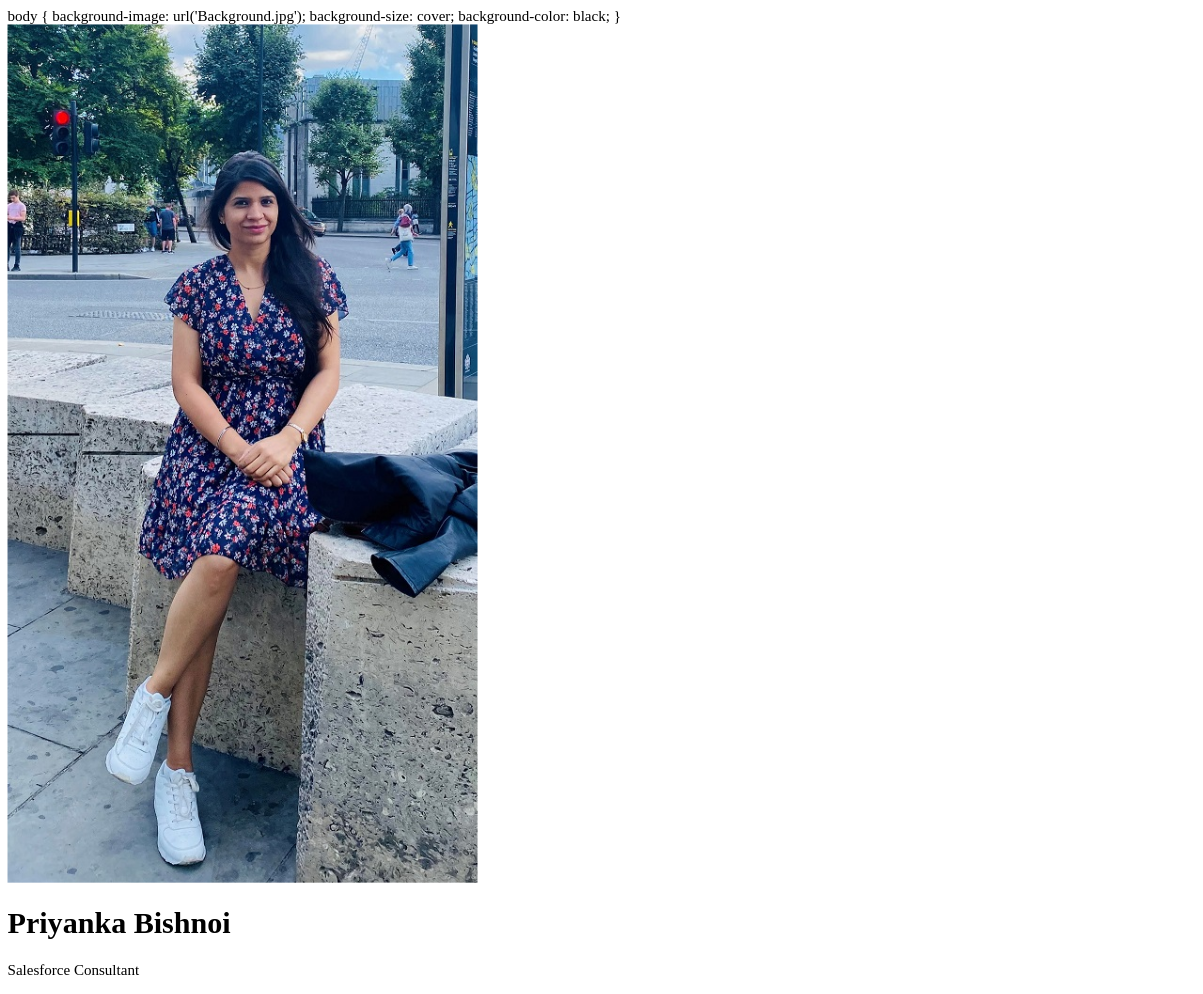
Repository: priyanka-bishnoi/PortfolioPage
Page: MyPage.html
The author's editor kept a copy of each file at every save. The page is drawn from the files as they stood at one save, then again after the next save.
The browser window is 1280 px wide. The pictures show the whole page, at 94% of full size.

Above is the page before, as saved 2022-10-07 00:04:21.
Not found: css/style.css

### MyPage.html
<!DOCTYPE html>
<html>
<head>
    <link rel="stylesheet" href="css/style.css"
<style>
body {
  background-image: url('Background.jpg');
  background-size: cover;
  background-color: black;
}
</style>
</head>
<body>
<header>
    <div class= "user">
        <img src="Background.jpg"/>
        <h1 class="name">Priyanka Bishnoi</h1>
        <p class="post">Salesforce Consultant</p>
    </div>

</header>
</body>
</html>

After the next save:
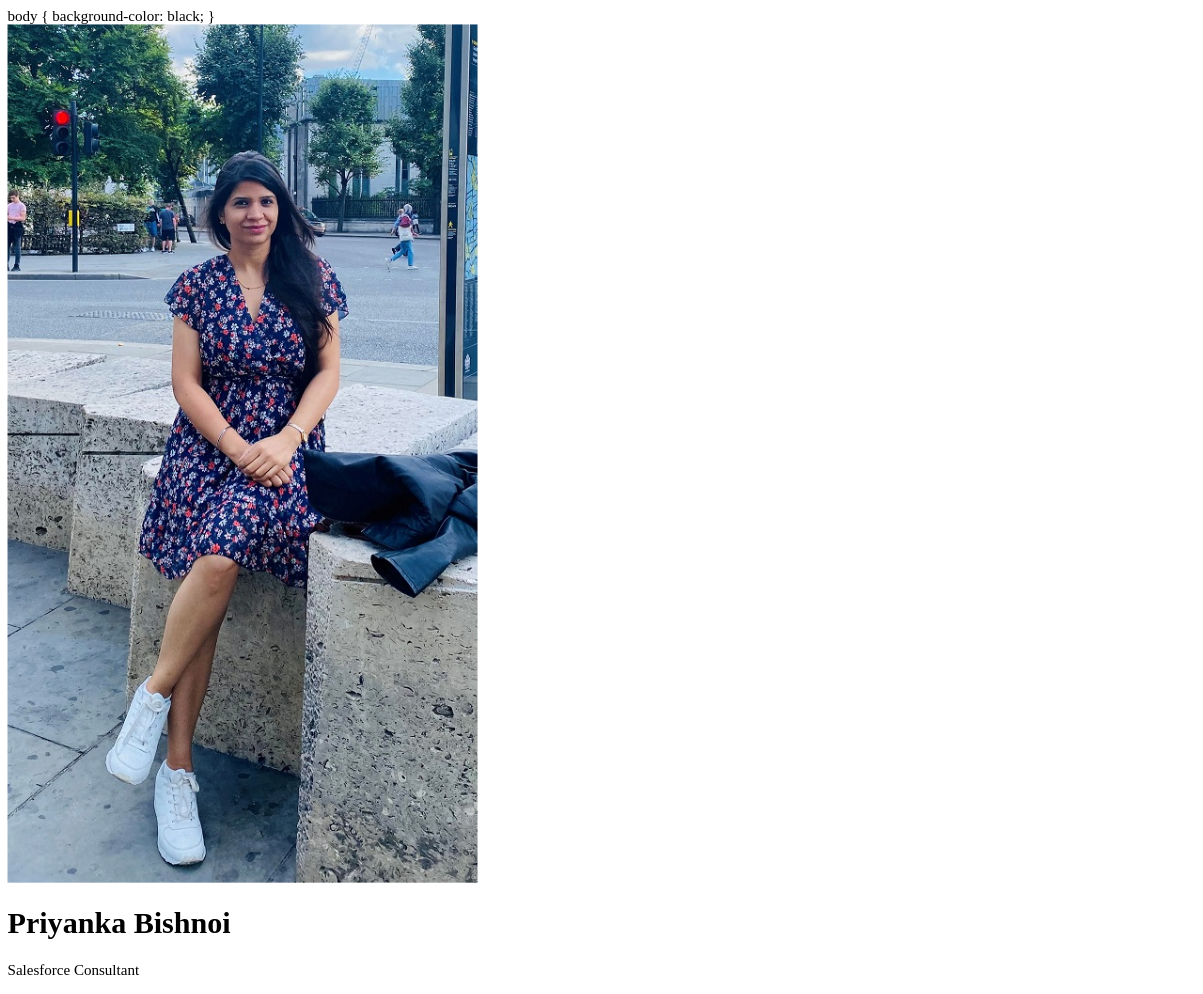
Saved 4 s later.
--- a/MyPage.html
+++ b/MyPage.html
@@ -4,8 +4,7 @@
     <link rel="stylesheet" href="css/style.css"
 <style>
 body {
-  background-image: url('Background.jpg');
-  background-size: cover;
+
   background-color: black;
 }
 </style>
